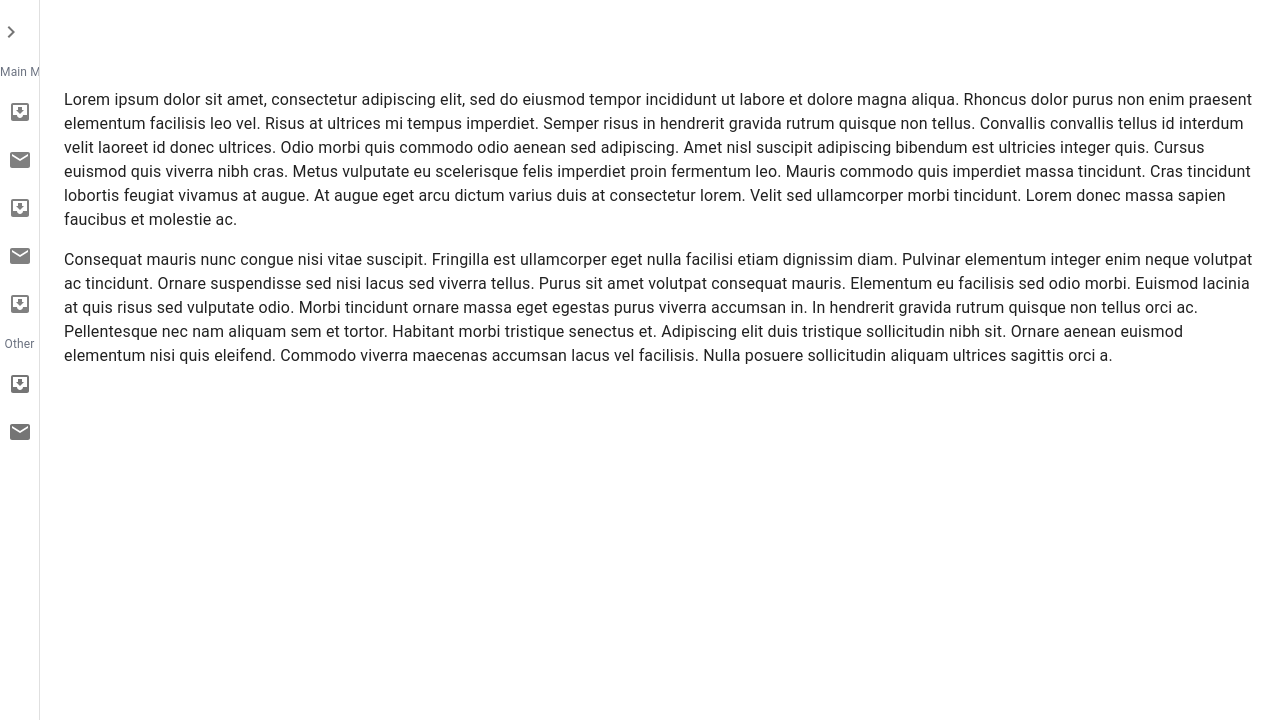
Repository: SatyaDewangan05/sample-dashboard
Page: /
These files come from the project's save history. The page is drawn as it stood at one moment and after the next save; the edit follows.
The browser window is 1280 px wide. The pictures show the whole page.
The project was rebuilt for these pictures with package versions that can differ from the ones it lists, and the page was loaded fresh each time. The framework's server and built-in components were replaced by stand-ins that run in the browser. Also part of the build but not shown: next.config.mjs.

Above is the page before, as saved 2024-09-20 20:53:17.

After the next save:
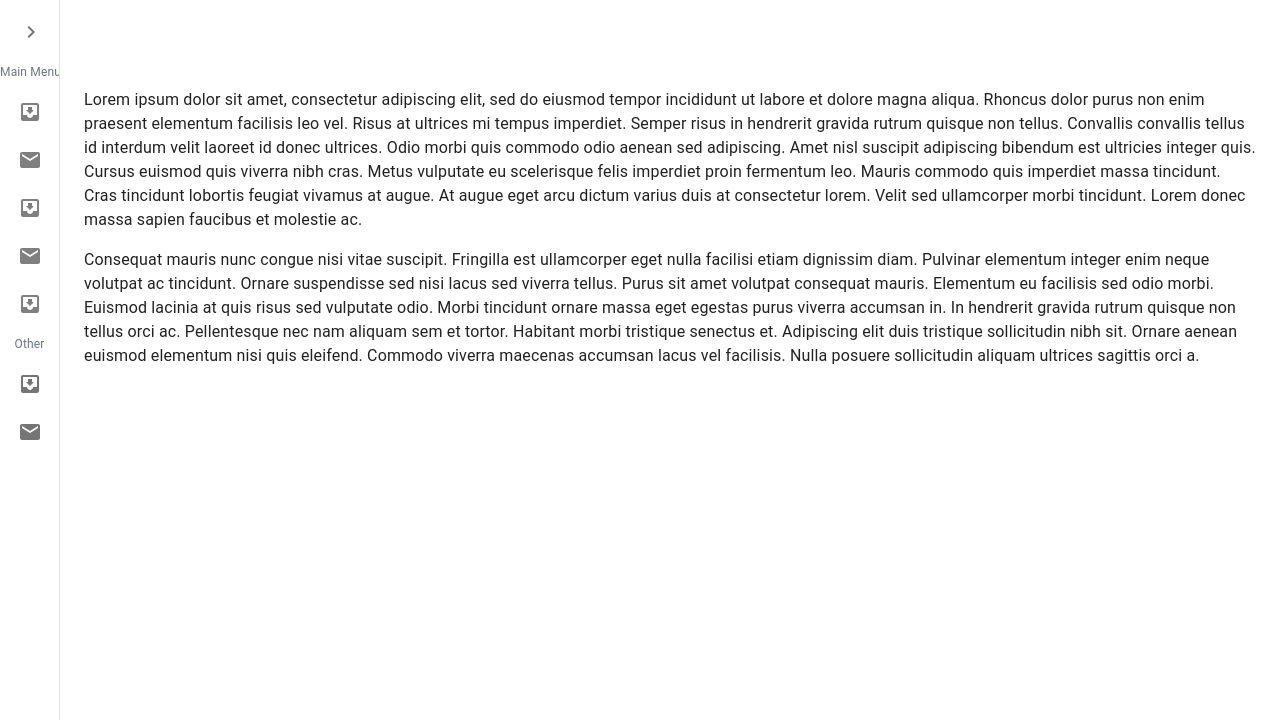
Saved 4 s later.
--- a/src/app/components/Drawer.jsx
+++ b/src/app/components/Drawer.jsx
@@ -38,9 +38,9 @@ const closedMixin = (theme) => ({
     duration: theme.transitions.duration.leavingScreen,
   }),
   overflowX: "hidden",
-  width: "40px",
+  width: "60px",
   [theme.breakpoints.up("sm")]: {
-    width: "40px",
+    width: "60px",
   },
 });
 
